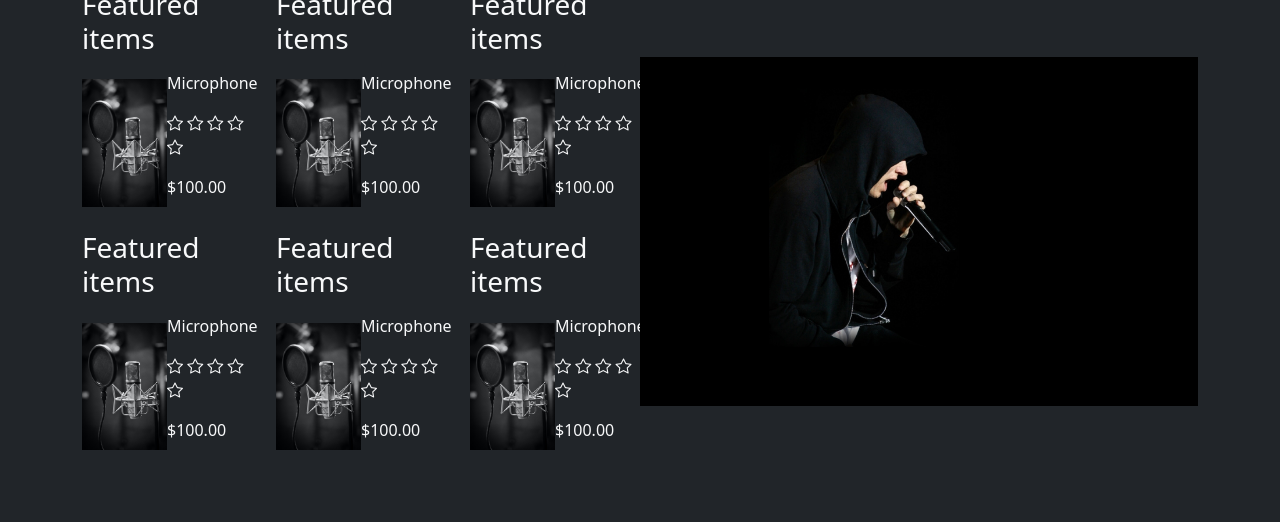
Repository: Eugene44-hub/music-workshop-site
Page: index.html
The author's editor kept a copy of each file at every save. The page is drawn from the files as they stood at one save, then again after the next save.
The browser window is 1280 px wide. The pictures show the part of the page from y = 1393 to 1915 px (the page is 1915 px tall).
A picture or video elsewhere on the page could not be fetched, so the positions and the page height are approximate. Some web libraries are served in a nearby version.

Above is the page before, as saved 2021-10-24 14:35:00.

### index.html
<!DOCTYPE html>
<html lang="en">

<head>
    <meta charset="UTF-8">
    <meta http-equiv="X-UA-Compatible" content="IE=edge">
    <meta name="viewport" content="width=device-width, initial-scale=1.0">
    <title>Document</title>
    <link rel="stylesheet" href="style.css">
    <!-- CSS only -->
    <link href="https://cdn.jsdelivr.net/npm/bootstrap@5.1.3/dist/css/bootstrap.min.css" rel="stylesheet" integrity="sha384-1BmE4kWBq78iYhFldvKuhfTAU6auU8tT94WrHftjDbrCEXSU1oBoqyl2QvZ6jIW3" crossorigin="anonymous">
    <link rel="stylesheet" href="https://cdn.jsdelivr.net/npm/bootstrap-icons@1.6.1/font/bootstrap-icons.css">
</head>

<body class="bg-dark p-md-5 p-3">
    <!-- registeration starts  -->
    <section id="registration">
        <div class="container">
            <div class="d-lg-flex text-white bg-black align-items-center" id="regImg">
                <div id="regText" class="col-md text-center p-5">
                    <h2 id="musicheader" class="text-uppercase fs-2">
                        music workshop </h2>
                    <p class="text-danger"> free Workshop and classes</p>
                    <p class="text-secondary">Website services that aren't tailored to your users create missed oppurtunities. the structure and flow of your website should be logical and</p>
                    <div class="mt-5">
                        <button class="btn btn-danger mx-2">Register Now</button>
                        <button class="btn text-light mx-2"><i class="bi bi-caret-down-fill"></i> PLAY VIDEO</button>
                    </div>
                </div>
                <div class="col-md"> <img src="images/eminem.jpg" alt="" class="img-fluid"></div>

            </div>
        </div>
    </section>
    <!-- registeration ends  -->

    <!-- whats new starts -->
    <section class="text-light">
        <div class="container">
            <h2 id="new" class='text-center text-light fs-3 my-5'>What's new</h2>
            <div class="d-lg-flex row-sm  align-items-stretch">
                <div class="col-sm-6 col-lg m-auto">
                    <img src="images/microphone.jpg" class="img-fluid" alt="">
                </div>
                <div id="protextContain" class=" mx-sm-auto col-sm-6 col-lg py-5 py-lg-0 position-relative d-flex border-top border-danger ms-lg-3 mt-5 mt-lg-0">
                    <div id="proText" class="my-lg-auto ">
                        <h4 class="lead">
                            PRO SILENT <br> SYMPHONY
                        </h4>
                        <small>june 2021 By unik creative</small>
                        <p class="mt-5">site services that <br> aren't tailored</p>
                    </div>
                </div>
                <div class="col-sm-6 col-lg m-auto">
                    <img src="images/microphone.jpg" class="img-fluid" alt="">
                </div>
                <div id=protextContain class="mx-sm-auto col-sm-6 col-lg py-5 py-lg-0 position-relative d-flex border-top border-danger ms-lg-3 mt-5 mt-lg-0">
                    <div id="proText" class="my-lg-auto ">
                        <h4 class="lead">
                            PRO SILENT <br> SYMPHONY
                        </h4>
                        <small>june 2021 By unik creative</small>
                        <p class="mt-5">site services that <br> aren't tailored</p>
                    </div>

                </div>
                <div class="col-sm-6 col-lg m-auto">
                    <img src="images/microphone.jpg" class="img-fluid" alt="">
                </div>

                <div id=protextContain class="mx-sm-auto col-sm-6 col-lg py-5 py-lg-0 position-relative d-flex border-top border-danger ms-lg-3 mt-5 mt-lg-0">
                    <div id="proText" class="my-lg-auto ">
                        <h4 class="lead">
                            PRO SILENT <br> SYMPHONY
                        </h4>
                        <small>june 2021 By unik creative</small>
                        <p class="mt-5">site services that <br> aren't tailored</p>
                    </div>

                </div>
            </div>
        </div>

    </section>
    <!-- whats new ends -->

    <!-- newletter section starts -->
    <section class="text-light ">
        <div class="container">
            <div class="d-lg-flex">
                <div class="col-md bg-danger d-flex p-5 m-auto newsletter">
                    <div class="m-auto">
                        <h2>SUBSCRIBE TO OUR NEWS LETTER</h2>
                        <p>subscribe to our News Letter to get the latest news about our products</p>
                        <input type="text" class="form-control">
                    </div>

                </div>
                <div class="col-md d-flex  p-5 newsletter" id="eminemBack">
                    <div class="m-auto ">
                        <h1 class="text-danger text-center" style="font-size:80px">"</h1>
                        <p class="text-center lead ">Website services that aren't tailored to your users create missed opputunities. The structure and flow of your website should be logical and straightforward
                        </p>
                        <div class="d-flex  align-items-center justify-content-center">
                            <img src="http://randomuser.me/api/portraits/men/4.jpg" class="rounded-circle img-fluid mx-2 " alt="">
                            <div class='mx-2'>
                                <h4>Lung Li</h3>
                                    <small>Singer</small>
                            </div>

                        </div>

                    </div>
                </div>
            </div>
        </div>
    </section>
    <!-- newletter section ends -->

    <!-- items starts-->
    <section class="text-light">
        <div class="container ">
            <div class="d-lg-flex align-items-center col pt-5">
                <div class="row col pt-5">
                    <div class="col-md-4 col-7 col-lg-4 m-auto m-md-0 py-3 pt-md-0 ">
                        <h3 class="mb-5 mb-md-3">Featured items</h3>
                        <div class="d-md-flex align-items-center">
                            <div> <img src="images/microphone.jpg" class="img-fluid" alt=""></div>

                            <div class="col-6">
                                <p>Microphone</p>
                                <p>
                                    <i class="bi bi-star"></i>
                                    <i class="bi bi-star"></i>
                                    <i class="bi bi-star"></i>
                                    <i class="bi bi-star"></i>
                                    <i class="bi bi-star"></i>
                                </p>
                                <p>$100.00</p>
                            </div>

                        </div>

                    </div>

                    <div class="col-md-4 col-7 col-lg-4 m-auto py-3 pt-md-0">
                        <h3 class="mb-5 mb-md-3">Featured items</h3>

                        <div class="d-md-flex align-items-center">
                            <div class="col"> <img src="images/microphone.jpg" class="img-fluid" alt=""></div>

                            <div class="col-6">
                                <p class="">Microphone</p>
                                <p>
                                    <i class="bi bi-star"></i>
                                    <i class="bi bi-star"></i>
                                    <i class="bi bi-star"></i>
                                    <i class="bi bi-star"></i>
                                    <i class="bi bi-star"></i>
                                </p>
                                <p>$100.00</p>
                            </div>

                        </div>
                    </div>
                    <div class="col-md-4 col-7 col-lg-4 m-auto py-3 pt-md-0">
                        <h3 class="mb-5 mb-md-3">Featured items</h3>

                        <div class="d-md-flex align-items-center">
                            <div> <img src="images/microphone.jpg" class="img-fluid" alt=""></div>

                            <div class="col-6">
                                <p>Microphone</p>
                                <p>
                                    <i class="bi bi-star"></i>
                                    <i class="bi bi-star"></i>
                                    <i class="bi bi-star"></i>
                                    <i class="bi bi-star"></i>
                                    <i class="bi bi-star"></i>
                                </p>
                                <p>$100.00</p>
                            </div>
                        </div>
                    </div>

                    <div class="col-md-4 col-7 col-lg-4 m-auto py-3 pt-md-0">
                        <h3 class="mb-5 mb-md-3">Featured items</h3>

                        <div class="d-md-flex align-items-center">
                            <div> <img src="images/microphone.jpg" class="img-fluid" alt=""></div>

                            <div class="col-6">
                                <p>Microphone</p>
                                <p>
                                    <i class="bi bi-star"></i>
                                    <i class="bi bi-star"></i>
                                    <i class="bi bi-star"></i>
                                    <i class="bi bi-star"></i>
                                    <i class="bi bi-star"></i>
                                </p>
                                <p>$100.00</p>
                            </div>

                        </div>

                    </div>

                    <div class="col-md-4 col-7 col-lg-4 m-auto py-3 pt-md-0">
                        <h3 class="mb-5 mb-md-3">Featured items</h3>

                        <div class="d-md-flex align-items-center">
                            <div> <img src="images/microphone.jpg" class="img-fluid" alt=""></div>

                            <div class="col-6">
                                <p>Microphone</p>
                                <p>
                                    <i class="bi bi-star"></i>
                                    <i class="bi bi-star"></i>
                                    <i class="bi bi-star"></i>
                                    <i class="bi bi-star"></i>
                                    <i class="bi bi-star"></i>
                                </p>
                                <p>$100.00</p>
                            </div>

                        </div>


                    </div>

                    <div class="col-md-4 col-7 col-lg-4 m-auto py-3 pt-md-0">
                        <h3 class="mb-5 mb-md-3">Featured items</h3>

                        <div class="d-md-flex align-items-center">
                            <div> <img src="images/microphone.jpg" class="img-fluid" alt=""></div>

                            <div class="col-6">
                                <p>Microphone</p>
                                <p>
                                    <i class="bi bi-star"></i>
                                    <i class="bi bi-star"></i>
                                    <i class="bi bi-star"></i>
                                    <i class="bi bi-star"></i>
                                    <i class="bi bi-star"></i>
                                </p>
                                <p>$100.00</p>
                            </div>

                        </div>

                    </div>
                </div>


                <img src="images/eminem.jpg" class="img-fluid w-50 pt-5 d-none d-lg-block" alt="">


            </div>
        </div>


        </div>
    </section>
    <!-- items ends-->

</body>
<!-- JavaScript Bundle with Popper -->
<script src="https://cdn.jsdelivr.net/npm/bootstrap@5.1.3/dist/js/bootstrap.bundle.min.js " integrity="sha384-ka7Sk0Gln4gmtz2MlQnikT1wXgYsOg+OMhuP+IlRH9sENBO0LRn5q+8nbTov4+1p " crossorigin="anonymous "></script>

</html>

### style.css
#musicheader,
#new {
    letter-spacing: 6px
}

.newsletter {
    height: 500px;
}

#eminemBack {
    background-image: url('images/eminem.jpg');
    background-repeat: no-repeat;
    /* background-size: ; */
    background-position-y: center;
    background-position-x: center;
}

After the next save:
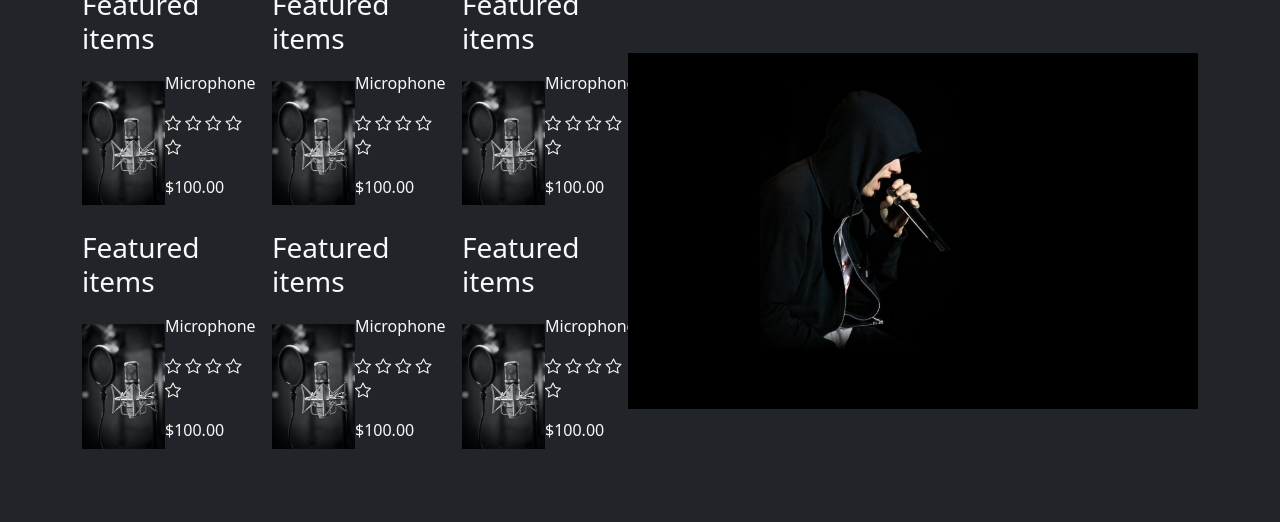
Saved 11 s later.
--- a/index.html
+++ b/index.html
@@ -252,7 +252,7 @@
                 </div>
 
 
-                <img src="images/eminem.jpg" class="img-fluid w-50 pt-5 d-none d-lg-block" alt="">
+                <img src="images/eminem.jpg" class="img-fluid w-50 pt-5 d-none d-lg-block col" alt="">
 
 
             </div>
